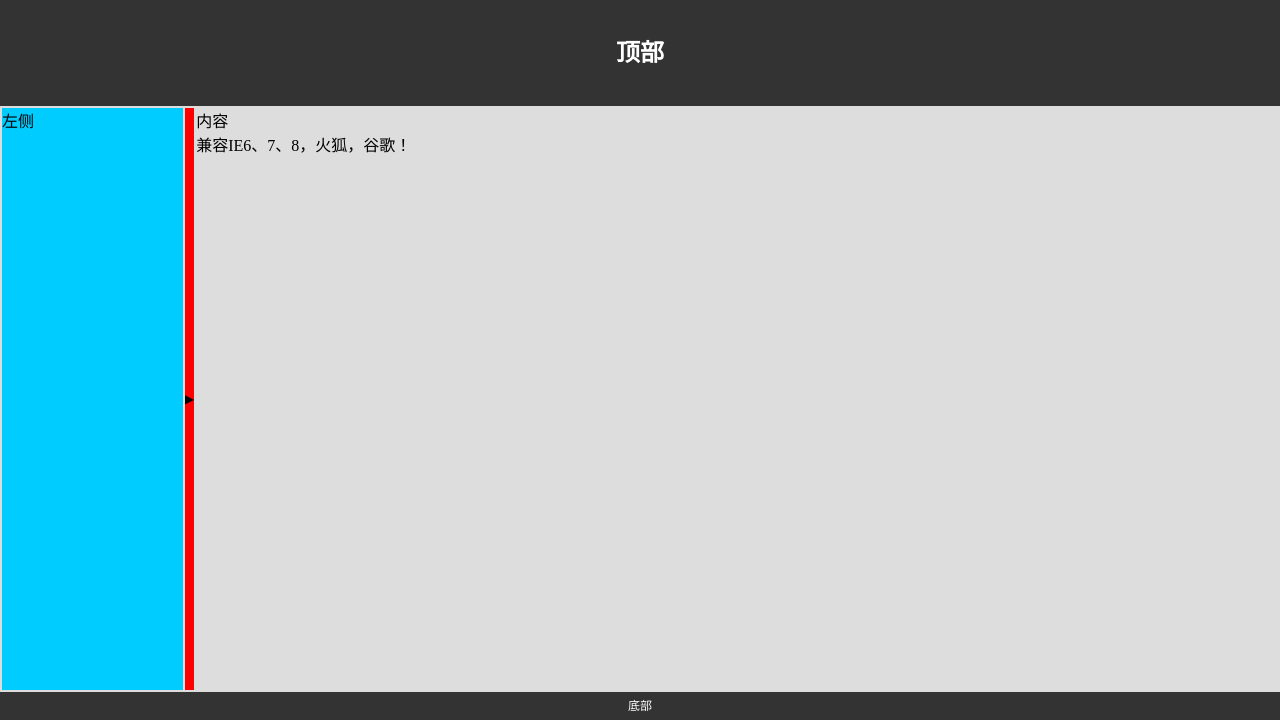
Repository: figo645/NewGenerationOA
Page: http://localhost/mavenweb/
An editor plug-in stored every save of this project. The page is shown before and after the next save, followed by the edit.
The browser window is 1280 px wide. The pictures show the whole page.
The page is served by Tomcat 9. Nobody is signed in. The application's start-up code is not run.

Above is the page before, as saved 2015-09-24 05:13:52.

After the next save:
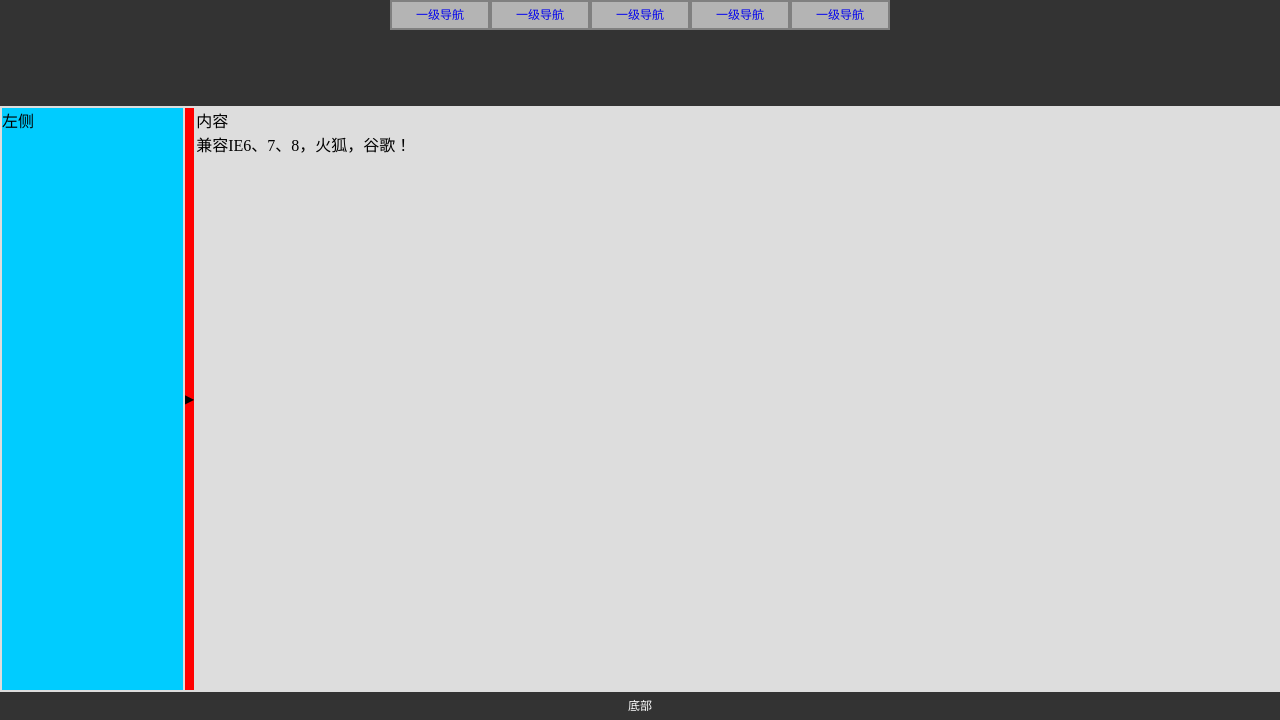
Saved 18 s later.
--- a/3.implementtation/prototype_ws/mavenweb/src/main/webapp/index.jsp
+++ b/3.implementtation/prototype_ws/mavenweb/src/main/webapp/index.jsp
@@ -260,7 +260,6 @@ a {
 </head>
 <body>
 	<div id="header">
-		<h1>顶部</h1>
 		<div class="nav">
 			<ul>
 				<li><a href="#">一级导航</a>
@@ -325,6 +324,7 @@ a {
 					</ul></li>
 			</ul>
 		</div>
+
 	</div>
 	<div id="content">
 		<table cellpadding="0" cellpadding="0" border="0" class="main_tab">
